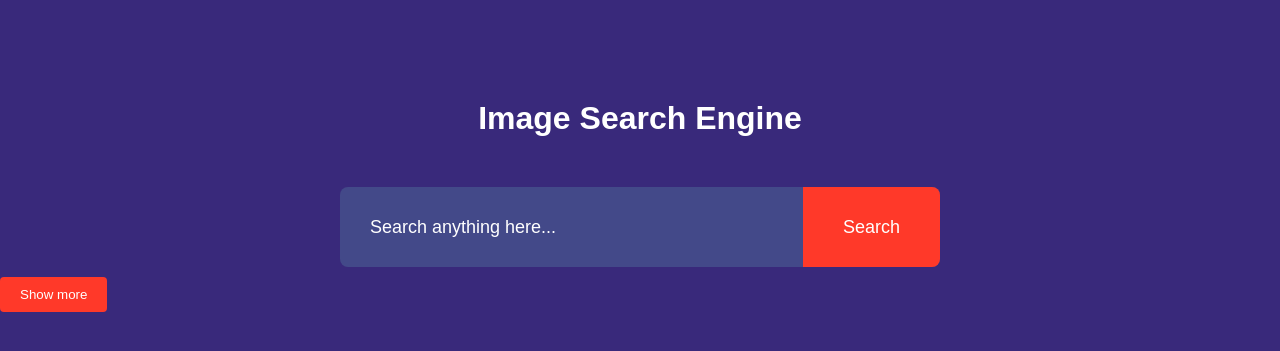
Repository: AbdullahOwais-Dev/Image-Search-App
Page: index.html
These files come from the project's save history. The page is drawn as it stood at one moment and after the next save; the edit follows.
The browser window is 1280 px wide. The pictures show the whole page.

Above is the page before, as saved 2025-02-09 00:20:27.

### index.html
<!DOCTYPE html>
<html lang="en">
<head>
    <meta charset="UTF-8">
    <meta name="viewport" content="width=device-width, initial-scale=1.0">
    <link rel="stylesheet" href="style.css">
    <link rel="shortcut icon" href="icon.png" type="image/x-icon">
    <title>Image Search</title>
</head>
<body>

    <h1>Image Search Engine</h1>
    <form id="search-form">
        <input type="text" id="search-box" placeholder="Search anything here...">
        <button>Search</button>
    </form>

    <div id="search-result"></div>
    <button id="show-more-btn">Show more</button>

</body>
</html>

### style.css
*{
    margin: 0;
    padding: 0;
    box-sizing: border-box;
    font-family: 'poppins', sans-serif;
}
body{
    background: #39297b;
    color: #fff;
}
h1{
    text-align: center;
    margin: 100px auto 50px;
    font-weight: 600;
}
form{
    width: 90%;
    max-width: 600px;
    margin: auto;
    height: 80px;
    background: #434989;
    display: flex;
    align-items: center;
    border-radius: 8px;
}
form input{
    flex: 1;
    height: 100%;
    border: 0;
    outline: 0;
    background: transparent;
    color: #fff;
    font-size: 18px;
    padding: 0 30px;
}
form button{
    padding: 0 40px;
    height: 100%;
    background: #ff3929;
    color: #fff;
    font-size: 18px;
    border: 0;
    outline: 0;
    border-top-right-radius: 8px;
    border-bottom-right-radius: 8px;
    cursor: pointer;
}
::placeholder{
    color: #fff;
    font-size: 18px;
}
#show-more-btn{
    background: #ff3929;
    color: #fff;
    border: 0;
    outline: 0;
    padding: 10px 20px;
    border-radius: 4px;
    margin: 10px auto 100px;
}

After the next save:
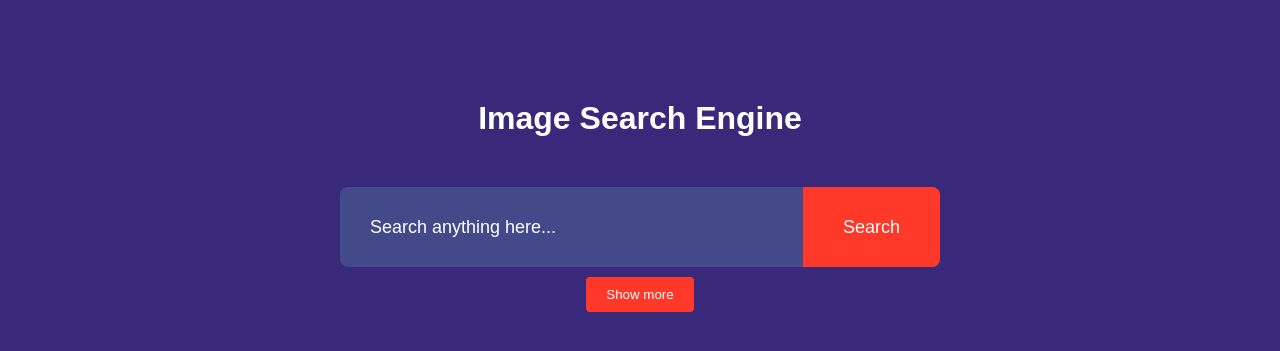
Saved 9 s later.
--- a/style.css
+++ b/style.css
@@ -57,4 +57,6 @@
     padding: 10px 20px;
     border-radius: 4px;
     margin: 10px auto 100px;
+    cursor: pointer;
+    display: block;
 }
